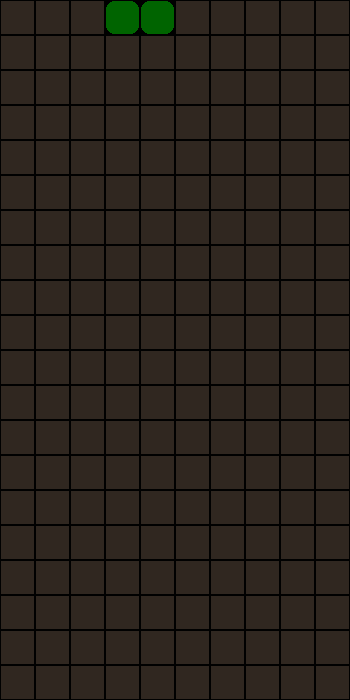
Repository: lucacdev/Tetris
Script's output: python assets/main.py
The author's editor kept a copy of each file at every save. The script's output is drawn from the files as they stood at one save, then again after the next save.
The window is shown after at most 60 frames with no key pressed. Random numbers start from a fixed seed. It also reads assets/sprites/b.png, assets/sprites/c.png, assets/sprites/g.png, assets/sprites/o.png, assets/sprites/p.png, assets/sprites/r.png, assets/sprites/y.png.

Above is the script's output before, as saved 2024-02-29 21:10:09.

### assets/main.py
from settings import *
from tetris import Tetris
import sys
import pathlib

class App:
    def __init__(self):
        pg.init()
        pg.display.set_caption('Tetris')
        self.screen = pg.display.set_mode(FIELD_RES)
        self.clock = pg.time.Clock()
        self.set_timer()
        self.images = self.load_images()
        self.tetris = Tetris(self)

    def load_images(self):
        files = [item for item in pathlib.Path(SPRITE_DIR_PATH).rglob('*.png') if item.is_file()]
        images = [pg.image.load(file).convert_alpha() for file in files]
        images = [pg.transform.scale(image, (TILE_SIZE, TILE_SIZE)) for image in images]
        return images

    def set_timer(self):
        self.user_event = pg.USEREVENT
        self.fast_user_event = pg.USEREVENT + 1
        self.anim_trigger = False
        self.fast_anim_trigger = False
        pg.time.set_timer(self.user_event, ANIM_TIME_INTERVAL)
        pg.time.set_timer(self.fast_user_event, FAST_ANIM_TIME_INTERVAL)

    def update(self):
        self.tetris.update()
        self.clock.tick(FPS)

    def draw(self):
        self.screen.fill(color=FIELD_COLOUR)
        self.tetris.draw()
        pg.display.flip()

    def check_events(self):
        self.anim_trigger = False
        self.fast_anim_trigger = False
        for event in pg.event.get():
            if event.type == pg.QUIT or (event.type == pg.KEYDOWN and event.key == pg.K_ESCAPE):
                pg.quit()
                sys.exit()
            elif event.type == pg.KEYDOWN:
                self.tetris.control(pressed_key=event.key)
            elif event.type == self.user_event:
                self.anim_trigger = True
            elif event.type == self.fast_user_event:
                self.fast_anim_trigger = True

    def run(self):
        while True:
            self.check_events()
            self.update()
            self.draw()

if __name__ == '__main__':
    app = App()
    app.run()

### assets/settings.py
import pygame as pg

vec = pg.math.Vector2

FPS = 60
FIELD_COLOUR = (48, 39, 32)

SPRITE_DIR_PATH = 'assets/sprites'

ANIM_TIME_INTERVAL = 150 # ms
FAST_ANIM_TIME_INTERVAL = 15 # ms

TILE_SIZE = 35
FIELD_SIZE = FIELD_W, FIELD_H = 10, 20
FIELD_RES = FIELD_W * TILE_SIZE, FIELD_H * TILE_SIZE

INIT_POS_OFFSET = vec(FIELD_W // 2 - 1, 0)
MOVE_DIRECTIONS = {'left': vec(-1, 0), 'right': vec(1, 0), 'down': vec(0, 1)}

TETROMINOES = {
    'O' : [(0, 0), (0, -1), (1, 0), (1, -1)],
    'I' : [(0, 0), (0, 1), (0, -1), (0, -2)],
    'S' : [(0, 0), (-1, 0), (0, -1), (1, -1)],
    'Z' : [(0, 0), (1, 0), (0, -1), (-1, -1)],
    'L' : [(0, 0), (1, 0), (0, -1), (0, -2)],
    'J' : [(0, 0), (-1, 0), (0, -1), (0, -2)],
    'T' : [(0, 0), (-1, 0), (1, 0), (0, -1)]
}

### assets/tetris.py
from settings import *
import math
from tetromino import Tetromino

class Tetris:
    def __init__(self, app):
        self.app = app
        self.sprite_group = pg.sprite.Group()
        self.field_array = self.get_field_array()
        self.tetromino = Tetromino(self)
        self.speed_up = False

    def check_full_lines(self):
        row = FIELD_H - 1
        for y in range(FIELD_H - 1, -1, -1):
            for x in range(FIELD_W):
                self.field_array[row][x] = self.field_array[y][x]

                if self.field_array[y][x]:
                    self.field_array[row][x].pos = vec(x, y)

            if sum(map(bool, self.field_array[y])) < FIELD_W:
                row -= 1
            else:
                for x in range(FIELD_W):
                    self.field_array[row][x].alive = False
                    self.field_array[row][x] = 0

    def put_blocks_in_array(self):
        for block in self.tetromino.blocks:
            x, y = int(block.pos.x), int(block.pos.y)
            self.field_array[y][x] = block

    def get_field_array(self):
        return [[0 for x in range(FIELD_W)] for y in range(FIELD_H)]

    def check_landing(self):
        if self.tetromino.landing:
            self.speed_up = False
            self.put_blocks_in_array()
            self.tetromino = Tetromino(self)

    def control(self, pressed_key):
        if pressed_key == pg.K_LEFT:
            self.tetromino.move(direction='left')
        elif pressed_key == pg.K_RIGHT:
            self.tetromino.move(direction='right')
        elif pressed_key == pg.K_UP:
            self.tetromino.rotate()
        elif pressed_key == pg.K_DOWN:
            self.speed_up = True

    def draw_grid(self):
        for x in range (FIELD_W):
            for y in range (FIELD_H):
                pg.draw.rect(self.app.screen, 'black',
                             (x * TILE_SIZE, y * TILE_SIZE, TILE_SIZE, TILE_SIZE), 1)

    def update(self):
        trigger = [self.app.anim_trigger, self.app.fast_anim_trigger][self.speed_up]
        if trigger:
            self.check_full_lines()
            self.tetromino.update()
            self.check_landing()
        self.sprite_group.update()

    def draw(self):
        self.draw_grid()
        self.sprite_group.draw(self.app.screen)

### assets/tetromino.py
from settings import *
import random

class Block(pg.sprite.Sprite):
    def __init__(self, tetromino, pos):
        self.tetromino = tetromino
        self.pos = vec(pos) + INIT_POS_OFFSET
        self.alive = True

        super().__init__(tetromino.tetris.sprite_group)
        self.image = tetromino.image
        self.image = pg.Surface([TILE_SIZE, TILE_SIZE])
        pg.draw.rect(self.image, 'dark green', (1, 1, TILE_SIZE - 2, TILE_SIZE - 2), border_radius = 8)
        self.rect = self.image.get_rect()

    def is_alive(self):
        if not self.alive:
            self.kill()

    def rotate(self, pivot_pos):
        translated = self.pos - pivot_pos
        rotated = translated.rotate(90)
        return rotated + pivot_pos

    def set_rect_pos(self):
        self.rect.topleft = self.pos * TILE_SIZE

    def update(self):
        self.is_alive()
        self.set_rect_pos()

    def is_collide(self, pos):
        x, y = int(pos.x), int(pos.y)
        if 0 <= x < FIELD_W and y < FIELD_H and (y < 0 or not self.tetromino.tetris.field_array[y][x]):
            return False
        return True

class Tetromino:
    def __init__(self, tetris):
        self.tetris = tetris
        self.shape = random.choice(list(TETROMINOES.keys()))
        self.image = random.choice(tetris.app.images)
        self.blocks = [Block(self, pos) for pos in TETROMINOES[self.shape]]
        self.landing = False

    def rotate(self):
        pivot_pos = self.blocks[0].pos
        new_block_positions = [block.rotate(pivot_pos) for block in self.blocks]

        if not self.is_collide(new_block_positions):
            for i, block in enumerate(self.blocks):
                block.pos = new_block_positions[i]

    def is_collide(self, block_positions):
        return any(map(Block.is_collide, self.blocks, block_positions))

    def move(self, direction):
        move_direction = MOVE_DIRECTIONS[direction]
        new_block_positions = [block.pos + move_direction for block in self.blocks]
        is_collide = self.is_collide(new_block_positions)

        if not is_collide:
            for block in self.blocks:
                block.pos += move_direction
        elif direction == 'down':
            self.landing = True

    def update(self):
        self.move(direction='down')

After the next save:
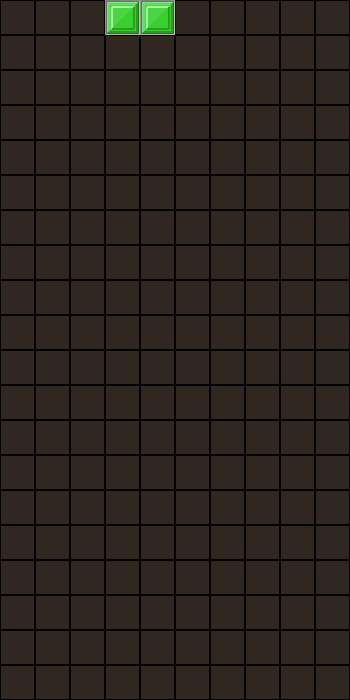
Saved 2 min 3 s later.
--- a/assets/tetromino.py
+++ b/assets/tetromino.py
@@ -9,8 +9,8 @@
 
         super().__init__(tetromino.tetris.sprite_group)
         self.image = tetromino.image
-        self.image = pg.Surface([TILE_SIZE, TILE_SIZE])
-        pg.draw.rect(self.image, 'dark green', (1, 1, TILE_SIZE - 2, TILE_SIZE - 2), border_radius = 8)
+        # self.image = pg.Surface([TILE_SIZE, TILE_SIZE])
+        # pg.draw.rect(self.image, 'dark green', (1, 1, TILE_SIZE - 2, TILE_SIZE - 2), border_radius = 8)
         self.rect = self.image.get_rect()
 
     def is_alive(self):
